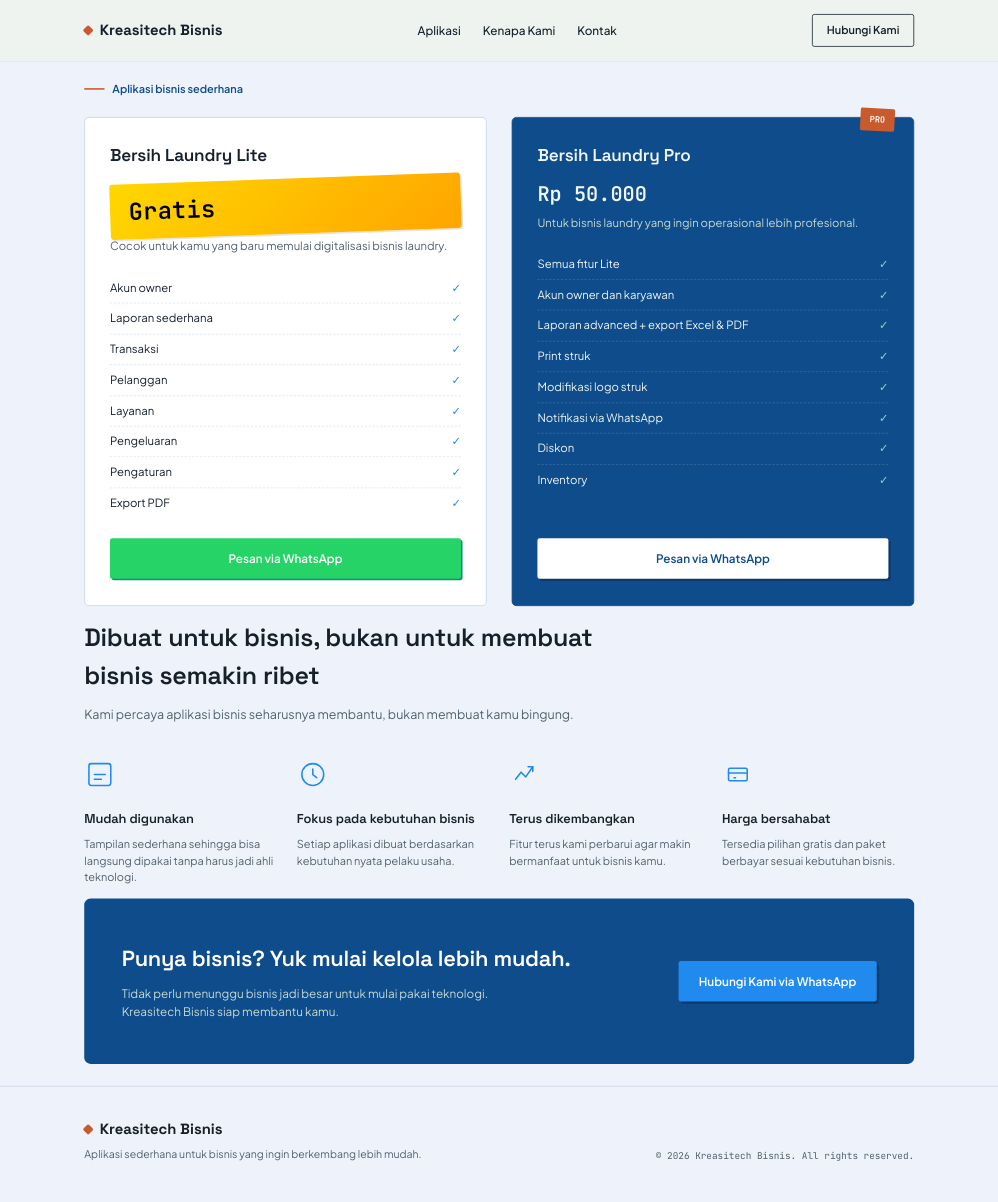
Repository: joao880hbhb/kreasitech
Page: produk/bersih-laundry.html
The author's editor kept a copy of each file at every save. The page is drawn from the files as they stood at one save, then again after the next save.
The browser window is 1280 px wide. The pictures show the whole page, at 78% of full size.

Above is the page before, as saved 2026-09-14 21:42:05.

### produk/bersih-laundry.html
<!DOCTYPE html>
<html lang="id">
<head>
<meta charset="UTF-8">
<meta name="viewport" content="width=device-width, initial-scale=1.0">
<title>Kreasitech Bisnis — Membantu Bisnis Kamu</title>
<link rel="preconnect" href="https://fonts.googleapis.com">
<link rel="preconnect" href="https://fonts.gstatic.com" crossorigin>
<link href="https://fonts.googleapis.com/css2?family=Space+Grotesk:wght@500;600;700&family=Plus+Jakarta+Sans:wght@400;500;600;700&family=JetBrains+Mono:wght@400;500;600&display=swap" rel="stylesheet">
<style>
  :root{
    --paper:#EEF3FB;
    --paper-alt:#FFFFFF;
    --ink:#16202B;
    --ink-soft:#51606F;
    --pine:#208AEF;
    --pine-dark:#0F4C8C;
    --rust:#C85A2E;
    --line:#C6D3E1;
    --line-soft:#DCE5EF;
  }
  *{box-sizing:border-box; margin:0; padding:0;}
  html{scroll-behavior:smooth;}
  body{
    background:var(--paper);
    color:var(--ink);
    font-family:'Plus Jakarta Sans', sans-serif;
    line-height:1.55;
    -webkit-font-smoothing:antialiased;
  }
  img{max-width:100%; display:block;}
  a{color:inherit; text-decoration:none;}
  .wrap{max-width:1120px; margin:0 auto; padding:0 28px;}
  h1,h2,h3{font-family:'Space Grotesk', sans-serif; font-weight:600; letter-spacing:-0.01em;}
  .mono{font-family:'JetBrains Mono', monospace;}

  /* perforated divider — like a torn receipt edge */
  .tear{
    height:22px;
    width:100%;
    background:
      radial-gradient(circle at 11px 0, transparent 11px, var(--paper) 11.5px) repeat-x;
    background-size:22px 22px;
    background-position:0 -11px;
  }
  .tear.into-alt{ background-image:radial-gradient(circle at 11px 0, transparent 11px, var(--paper-alt) 11.5px);}
  .tear.into-paper{ background-image:radial-gradient(circle at 11px 0, transparent 11px, var(--paper) 11.5px);}
  .tear.into-dark{ background-image:radial-gradient(circle at 11px 0, transparent 11px, var(--pine-dark) 11.5px);}

  /* NAV */
  header{
    position:sticky; top:0; z-index:50;
    background:rgba(238,243,239,0.9);
    backdrop-filter:blur(8px);
    border-bottom:1px solid var(--line-soft);
  }
  nav{
    display:flex; align-items:center; justify-content:space-between;
    padding:18px 28px; max-width:1120px; margin:0 auto;
  }
  .brand{display:flex; align-items:center; gap:10px; font-family:'Space Grotesk'; font-weight:700; font-size:19px;}
  .brand .dot{width:10px; height:10px; border-radius:2px; background:var(--rust); transform:rotate(45deg);}
  .navlinks{display:flex; gap:28px; font-size:15px; font-weight:500;}
  .navlinks a:hover{color:var(--pine);}
  .btn-ghost{border:1.5px solid var(--ink); padding:9px 18px; border-radius:3px; font-weight:600; font-size:14px;}
  .btn-ghost:hover{background:var(--ink); color:var(--paper);}
  @media (max-width:720px){ .navlinks{display:none;} }

  /* HERO */
  .hero{padding:24px 0 0;}
  .hero-grid{display:grid; grid-template-columns:1.1fr 0.9fr; gap:56px; align-items:center;}
  @media (max-width:860px){ .hero-grid{grid-template-columns:1fr;} }
  .eyebrow-line{display:flex; align-items:center; gap:10px; font-size:14px; color:var(--pine-dark); font-weight:600; margin-bottom:18px;}
  .eyebrow-line::before{content:""; width:26px; height:2px; background:var(--rust);}
  .hero h1{font-size:46px; line-height:1.12; margin-bottom:20px;}
  @media (max-width:520px){ .hero h1{font-size:34px;} }
  .hero p.lead{font-size:18px; color:var(--ink-soft); max-width:46ch; margin-bottom:30px;}
  .hero-cta{display:flex; gap:14px; flex-wrap:wrap;}
  .btn-primary{
    background:var(--pine); color:#fff; padding:14px 26px; border-radius:3px;
    font-weight:600; font-size:15px; display:inline-block;
    box-shadow:3px 3px 0 var(--pine-dark);
    transition:transform .15s ease, box-shadow .15s ease;
  }
  .btn-primary:hover{ transform:translate(-2px,-2px); box-shadow:5px 5px 0 var(--pine-dark); }
  .btn-secondary{
    background:transparent; color:var(--ink); padding:14px 26px; border-radius:3px;
    font-weight:600; font-size:15px; border:1.5px solid var(--ink); display:inline-block;
  }
  .btn-secondary:hover{background:var(--ink); color:var(--paper);}
  .btn-whatsapp{
    background:#25D366; color:#fff; padding:14px 26px; border-radius:3px;
    font-weight:600; font-size:15px; display:inline-block; border:none;
    box-shadow:2px 2px 0 #128C7E;
    transition:transform .15s ease, box-shadow .15s ease;
  }
  .btn-whatsapp:hover{
    transform:translate(-2px,-2px); box-shadow:4px 4px 0 #128C7E;
  }

  /* hero receipt mockup */
  .receipt-mock{
    position:relative;
    background:var(--paper-alt);
    border:1px solid var(--line);
    border-radius:4px;
    padding:26px 24px 22px;
    max-width:340px;
    margin-left:auto;
    box-shadow:0 20px 50px -20px rgba(22,36,29,0.35);
    transform:rotate(2deg);
  }
  .receipt-mock::before,.receipt-mock::after{
    content:""; position:absolute; left:0; right:0; height:12px;
    background:
      radial-gradient(circle at 10px 6px, var(--paper) 6px, transparent 6.5px) repeat-x;
    background-size:20px 12px;
  }
  .receipt-mock::before{top:-6px;}
  .receipt-mock::after{bottom:-6px; transform:rotate(180deg);}
  .receipt-mock .r-head{display:flex; justify-content:space-between; align-items:baseline; border-bottom:1.5px dashed var(--line); padding-bottom:12px; margin-bottom:14px;}
  .receipt-mock .r-head span:first-child{font-family:'Space Grotesk'; font-weight:700; font-size:15px;}
  .receipt-mock .r-head span:last-child{font-family:'JetBrains Mono'; font-size:11px; color:var(--ink-soft);}
  .r-row{display:flex; justify-content:space-between; font-size:13.5px; margin-bottom:9px; font-family:'JetBrains Mono';}
  .r-row .name{color:var(--ink-soft); font-family:'Plus Jakarta Sans';}
  .r-total{
    display:flex; justify-content:space-between; margin-top:14px; padding-top:12px;
    border-top:1.5px dashed var(--line); font-weight:700; font-size:15px;
  }
  .r-status{
    display:inline-block; margin-top:16px; padding:5px 12px; border:2px solid var(--rust);
    color:var(--rust); font-family:'JetBrains Mono'; font-size:11px; font-weight:600;
    transform:rotate(-4deg); border-radius:2px;
  }

  section{padding:8px 0;}

  /* value props row */
  .value-row{
    display:grid; grid-template-columns:repeat(3,1fr); gap:0;
    border-top:1px solid var(--line); border-bottom:1px solid var(--line);
  }
  .value-row .vcell{padding:26px 22px; border-right:1px solid var(--line);}
  .value-row .vcell:last-child{border-right:none;}
  .value-row .vcell .num{font-family:'JetBrains Mono'; font-size:12px; color:var(--pine); margin-bottom:8px;}
  .value-row .vcell h3{font-size:17px; margin-bottom:6px;}
  .value-row .vcell p{font-size:14.5px; color:var(--ink-soft);}
  @media (max-width:720px){ .value-row{grid-template-columns:1fr;} .value-row .vcell{border-right:none; border-bottom:1px solid var(--line);} }

  /* products intro */
  .section-head{max-width:60ch; margin-bottom:44px;}
  .section-head h2{font-size:32px; margin-bottom:12px;}
  .section-head p{color:var(--ink-soft); font-size:16px;}

  .product-photo-wrap{
    position:relative; border-radius:6px; overflow:hidden; margin-bottom:48px;
    border:1px solid var(--line);
  }
  .product-photo-wrap img{width:100%; height:280px; object-fit:cover; filter:saturate(0.92) contrast(1.02);}
  .product-photo-wrap .tag{
    position:absolute; bottom:16px; left:16px; background:var(--paper-alt);
    padding:8px 14px; font-family:'JetBrains Mono'; font-size:12px; border-radius:3px;
    border:1px solid var(--line);
  }

  /* pricing / feature cards, receipt style */
  /* mobile-first: 2 kolom berdampingan dari layar paling kecil, melebar ke layout desktop */
  .plans{display:grid; grid-template-columns:1fr 1fr; gap:10px;}
  .plan{
    background:var(--paper-alt); border:1px solid var(--line); border-radius:6px;
    padding:18px 14px; position:relative; display:flex; flex-direction:column;
    min-width:0; /* cegah konten memaksa kolom melebar & merusak grid di layar kecil */
  }
  .plan.pro{background:var(--pine-dark); color:#EFF6F2; border-color:var(--pine-dark);}
  .plan .badge{
    position:absolute; top:-10px; right:14px; background:var(--rust); color:#fff;
    font-family:'JetBrains Mono'; font-size:10px; font-weight:600; padding:4px 9px;
    border-radius:2px; transform:rotate(3deg);
  }
  .plan h3{font-size:15.5px; margin-bottom:2px; line-height:1.25;}
  .plan .price{font-family:'JetBrains Mono'; font-size:17px; font-weight:600; margin:8px 0 4px;}
  .plan .price.free{
    background:linear-gradient(135deg, #FFD700 0%, #FFA500 100%);
    color:#000;
    padding:8px 16px;
    border-radius:4px;
    display:inline-block;
    box-shadow:2px 2px 0 rgba(0,0,0,0.1);
    transform:rotate(-2deg);
    font-size:20px;
    letter-spacing:0.5px;
  }
  .plan .sub{font-size:11.5px; color:var(--ink-soft); margin-bottom:14px; line-height:1.4;}
  .plan.pro .sub{color:#C6DAD1;}
  .plan ul{list-style:none; margin-bottom:16px; flex-grow:1;}
  .plan li{
    display:flex; justify-content:space-between; align-items:baseline; gap:6px; font-size:11.5px;
    padding:6px 0; border-bottom:1px dashed var(--line-soft);
  }
  .plan.pro li{border-bottom:1px dashed rgba(255,255,255,0.18);}
  .plan li:last-child{border-bottom:none;}
  .plan li .name{line-height:1.3;}
  .plan li .check{color:var(--pine); font-family:'JetBrains Mono'; flex-shrink:0;}
  .plan.pro li .check{color:#8FD8BB;}
  .plan .btn-secondary, .plan .btn-primary{padding:10px 12px; font-size:12.5px;}

  /* di layar lebih lebar, beri napas lebih longgar */
  @media (min-width:560px){
    .plans{gap:24px;}
    .plan{padding:28px 26px;}
    .plan h3{font-size:20px;}
    .plan .price{font-size:24px; margin:12px 0 6px;}
    .plan .price.free{font-size:28px; padding:10px 20px;}
    .plan .sub{font-size:14px; margin-bottom:22px;}
    .plan ul{margin-bottom:26px;}
    .plan li{font-size:13.5px; padding:8px 0;}
    .plan .badge{top:-12px; right:24px; font-size:11px; padding:6px 12px;}
    .plan .btn-secondary, .plan .btn-primary{padding:14px 26px; font-size:15px;}
  }
  @media (min-width:800px){
    .plans{gap:32px;}
    .plan{padding:34px 32px;}
    .plan h3{font-size:22px;}
    .plan .price{font-size:26px; margin:14px 0 6px;}
    .plan .price.free{font-size:30px; padding:12px 24px;}
    .plan .sub{font-size:14.5px; margin-bottom:24px;}
    .plan li{font-size:14.5px;}
  }

  /* why us */
  .why-grid{display:grid; grid-template-columns:repeat(4,1fr); gap:26px;}
  @media (max-width:900px){ .why-grid{grid-template-columns:1fr 1fr;} }
  @media (max-width:520px){ .why-grid{grid-template-columns:1fr;} }
  .why-card{padding:0;}
  .why-card .icon{width:40px; height:40px; margin-bottom:18px;}
  .why-card h3{font-size:16.5px; margin-bottom:8px;}
  .why-card p{font-size:14px; color:var(--ink-soft);}

  /* final cta */
  .final-cta{
    background:var(--pine-dark); color:#EFF6F2; border-radius:8px;
    padding:56px 48px; display:flex; justify-content:space-between; align-items:center; gap:32px;
  }
  @media (max-width:760px){ .final-cta{flex-direction:column; text-align:center; padding:44px 26px;} }
  .final-cta h2{font-size:28px; margin-bottom:10px; color:#fff;}
  .final-cta p{color:#C6DAD1; font-size:15px; max-width:44ch;}
  .final-cta .btn-primary{box-shadow:3px 3px 0 rgba(0,0,0,0.25); flex-shrink:0;}

  footer{padding:40px 0 50px; border-top:1px solid var(--line); margin-top:20px;}
  .foot-grid{display:flex; justify-content:space-between; align-items:flex-end; flex-wrap:wrap; gap:20px;}
  .foot-grid .brand{margin-bottom:8px;}
  footer p{font-size:13.5px; color:var(--ink-soft);}
  footer .copyright{font-family:'JetBrains Mono'; font-size:12px; color:var(--ink-soft);}
</style>
</head>
<body>

<header>
  <nav>
    <div class="brand"><span class="dot"></span>Kreasitech Bisnis</div>
    <div class="navlinks">
      <a href="#produk">Aplikasi</a>
      <a href="#kenapa">Kenapa Kami</a>
      <a href="#kontak">Kontak</a>
    </div>
    <a href="#kontak" class="btn-ghost">Hubungi Kami</a>
  </nav>
</header>

<section class="hero">
  <div class="wrap hero-grid">
    <div>
      <div class="eyebrow-line">Aplikasi bisnis sederhana</div>
      <!-- <h1>Bisnis kamu, tercatat rapi tanpa ribet.</h1> -->
      <!-- <p class="lead">Kreasitech Bisnis membuat aplikasi sederhana yang membantu usaha kecil mencatat transaksi, mengelola pelanggan, dan melihat semuanya dalam satu tempat.</p>
      <div class="hero-cta">
        <a href="#produk" class="btn-primary">Lihat Aplikasi</a>
        <a href="#kontak" class="btn-secondary">Hubungi Kami</a>
      </div> -->
    </div>
    <!-- <div>
      <div class="receipt-mock">
        <div class="r-head">
          <span>Bersih Laundry</span>
          <span>#0231 — Hari ini</span>
        </div>
        <div class="r-row"><span class="name">Cuci + Setrika, 3kg</span><span>Rp 21.000</span></div>
        <div class="r-row"><span class="name">Cuci Kering, 2kg</span><span>Rp 12.000</span></div>
        <div class="r-row"><span class="name">Setrika Saja, 1kg</span><span>Rp 6.000</span></div>
        <div class="r-total"><span>Total</span><span class="mono">Rp 39.000</span></div>
        <div class="r-status">SIAP DIAMBIL</div>
      </div>
    </div> -->
  </div>
</section>

<!-- <div class="wrap"><div class="value-row">
  <div class="vcell"><div class="num">01</div><h3>Mudah digunakan</h3><p>Tidak perlu jadi ahli teknologi untuk mulai memakainya.</p></div>
  <div class="vcell"><div class="num">02</div><h3>Tidak ribet</h3><p>Fokus pada yang penting: catat, kelola, selesai.</p></div>
  <div class="vcell"><div class="num">03</div><h3>Untuk semua skala</h3><p>Cocok dari bisnis rumahan sampai yang sedang berkembang.</p></div>
</div></div> -->

<section id="produk">
  <div class="wrap">
    <!-- <div class="section-head">
      <h2>Aplikasi untuk bisnis laundry kamu</h2>
      <p>Kami mulai dari kebutuhan yang paling nyata: usaha laundry yang selama ini masih mencatat transaksi di buku atau kertas nota.</p>
    </div>

    <div class="product-photo-wrap">
      <img src="https://picsum.photos/seed/kreasitech-laundry/1200/560" alt="Tumpukan pakaian bersih terlipat rapi di usaha laundry">
      <div class="tag mono">Bersih Laundry</div>
    </div> -->

    <div class="plans">
      <div class="plan">
        <h3>Bersih Laundry Lite</h3>
        <div class="price free">Gratis</div>
        <p class="sub">Cocok untuk kamu yang baru memulai digitalisasi bisnis laundry.</p>
        <ul>
          <li><span class="name">Akun owner</span><span class="check">✓</span></li>
          <li><span class="name">Laporan sederhana</span><span class="check">✓</span></li>
          <li><span class="name">Transaksi</span><span class="check">✓</span></li>
          <li><span class="name">Pelanggan</span><span class="check">✓</span></li>
          <li><span class="name">Layanan</span><span class="check">✓</span></li>
          <li><span class="name">Pengeluaran</span><span class="check">✓</span></li>
          <li><span class="name">Pengaturan</span><span class="check">✓</span></li>
          <li><span class="name">Export PDF</span><span class="check">✓</span></li>
        </ul>
        <a href="https://wa.me/6285961084254?text=Halo%20Kreasitech%2C%20saya%20tertarik%20dengan%20*Bersih%20Laundry%20Lite%20(Gratis)*%20dan%20ingin%20informasi%20lebih%20lanjut." class="btn-whatsapp" style="text-align:center;" target="_blank" rel="noopener">Pesan via WhatsApp</a>
      </div>

      <div class="plan pro">
        <div class="badge">PRO</div>
        <h3>Bersih Laundry Pro</h3>
        <div class="price">Rp 50.000</div>
        <p class="sub">Untuk bisnis laundry yang ingin operasional lebih profesional.</p>
        <ul>
          <li><span class="name">Semua fitur Lite</span><span class="check">✓</span></li>
          <li><span class="name">Akun owner dan karyawan</span><span class="check">✓</span></li>
          <li><span class="name">Laporan advanced + export Excel &amp; PDF</span><span class="check">✓</span></li>
          <li><span class="name">Print struk</span><span class="check">✓</span></li>
          <li><span class="name">Modifikasi logo struk</span><span class="check">✓</span></li>
          <li><span class="name">Notifikasi via WhatsApp</span><span class="check">✓</span></li>
          <li><span class="name">Diskon</span><span class="check">✓</span></li>
          <li><span class="name">Inventory</span><span class="check">✓</span></li>
        </ul>
        <a href="https://wa.me/6285961084254?text=Halo%20Kreasitech%2C%20saya%20tertarik%20dengan%20*Bersih%20Laundry%20Pro%20(Rp%2050.000)*%20dan%20ingin%20informasi%20lebih%20lanjut." class="btn-primary" style="text-align:center; background:#fff; color:var(--pine-dark); box-shadow:3px 3px 0 rgba(0,0,0,0.25);" target="_blank" rel="noopener">Pesan via WhatsApp</a>
      </div>
    </div>
  </div>
</section>

<section id="kenapa">
  <div class="wrap">
    <div class="section-head">
      <h2>Dibuat untuk bisnis, bukan untuk membuat bisnis semakin ribet</h2>
      <p>Kami percaya aplikasi bisnis seharusnya membantu, bukan membuat kamu bingung.</p>
    </div>
    <div class="why-grid">
      <div class="why-card">
        <svg class="icon" viewBox="0 0 40 40" fill="none"><rect x="6" y="6" width="28" height="28" rx="3" stroke="#208AEF" stroke-width="2"/><path d="M13 20h14M13 26h9" stroke="#208AEF" stroke-width="2" stroke-linecap="round"/></svg>
        <h3>Mudah digunakan</h3>
        <p>Tampilan sederhana sehingga bisa langsung dipakai tanpa harus jadi ahli teknologi.</p>
      </div>
      <div class="why-card">
        <svg class="icon" viewBox="0 0 40 40" fill="none"><circle cx="20" cy="20" r="14" stroke="#208AEF" stroke-width="2"/><path d="M20 13v7l5 4" stroke="#208AEF" stroke-width="2" stroke-linecap="round"/></svg>
        <h3>Fokus pada kebutuhan bisnis</h3>
        <p>Setiap aplikasi dibuat berdasarkan kebutuhan nyata pelaku usaha.</p>
      </div>
      <div class="why-card">
        <svg class="icon" viewBox="0 0 40 40" fill="none"><path d="M8 26l7-9 6 6 9-13" stroke="#208AEF" stroke-width="2" stroke-linecap="round" stroke-linejoin="round"/><path d="M24 10h6v6" stroke="#208AEF" stroke-width="2" stroke-linecap="round" stroke-linejoin="round"/></svg>
        <h3>Terus dikembangkan</h3>
        <p>Fitur terus kami perbarui agar makin bermanfaat untuk bisnis kamu.</p>
      </div>
      <div class="why-card">
        <svg class="icon" viewBox="0 0 40 40" fill="none"><rect x="8" y="12" width="24" height="16" rx="2" stroke="#208AEF" stroke-width="2"/><path d="M8 18h24M15 24h2" stroke="#208AEF" stroke-width="2" stroke-linecap="round"/></svg>
        <h3>Harga bersahabat</h3>
        <p>Tersedia pilihan gratis dan paket berbayar sesuai kebutuhan bisnis.</p>
      </div>
    </div>
  </div>
</section>

<section id="kontak">
  <div class="wrap">
    <div class="final-cta">
      <div>
        <h2>Punya bisnis? Yuk mulai kelola lebih mudah.</h2>
        <p>Tidak perlu menunggu bisnis jadi besar untuk mulai pakai teknologi. Kreasitech Bisnis siap membantu kamu.</p>
      </div>
      <a href="https://wa.me/6285961084254?text=Halo%20Kreasitech%2C%20saya%20ingin%20konsultasi%20tentang%20aplikasi%20Bersih%20Laundry." class="btn-primary" target="_blank" rel="noopener">Hubungi Kami via WhatsApp</a>
    </div>
  </div>
</section>

<footer>
  <div class="wrap foot-grid">
    <div>
      <div class="brand"><span class="dot"></span>Kreasitech Bisnis</div>
      <p>Aplikasi sederhana untuk bisnis yang ingin berkembang lebih mudah.</p>
    </div>
    <div class="copyright">© 2026 Kreasitech Bisnis. All rights reserved.</div>
  </div>
</footer>

</body>
</html>

After the next save:
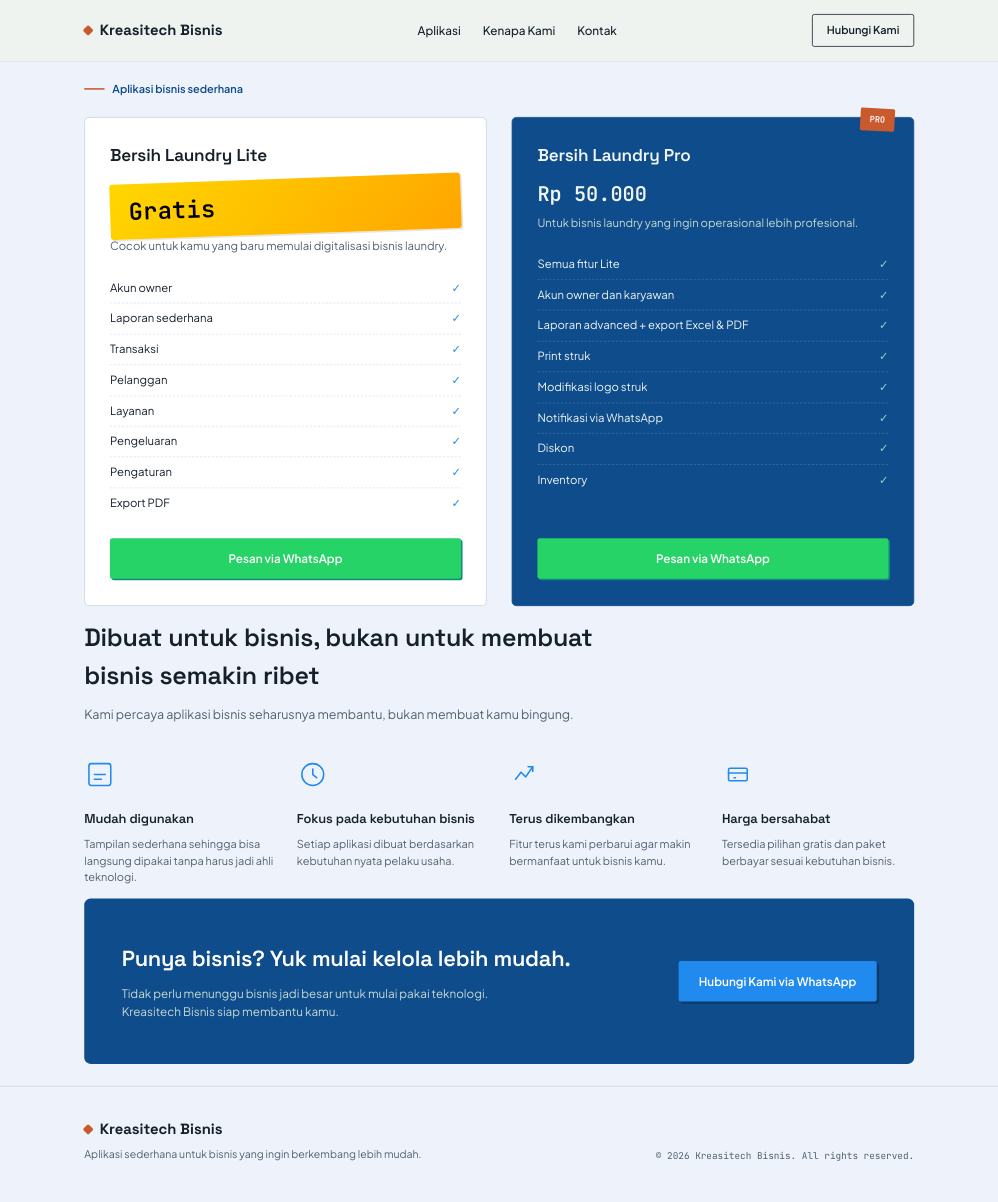
Saved 10 s later.
--- a/produk/bersih-laundry.html
+++ b/produk/bersih-laundry.html
@@ -345,7 +345,7 @@
           <li><span class="name">Diskon</span><span class="check">✓</span></li>
           <li><span class="name">Inventory</span><span class="check">✓</span></li>
         </ul>
-        <a href="https://wa.me/6285961084254?text=Halo%20Kreasitech%2C%20saya%20tertarik%20dengan%20*Bersih%20Laundry%20Pro%20(Rp%2050.000)*%20dan%20ingin%20informasi%20lebih%20lanjut." class="btn-primary" style="text-align:center; background:#fff; color:var(--pine-dark); box-shadow:3px 3px 0 rgba(0,0,0,0.25);" target="_blank" rel="noopener">Pesan via WhatsApp</a>
+        <a href="https://wa.me/6285961084254?text=Halo%20Kreasitech%2C%20saya%20tertarik%20dengan%20*Bersih%20Laundry%20Pro%20(Rp%2050.000)*%20dan%20ingin%20informasi%20lebih%20lanjut." class="btn-whatsapp" style="text-align:center;" target="_blank" rel="noopener">Pesan via WhatsApp</a>
       </div>
     </div>
   </div>
